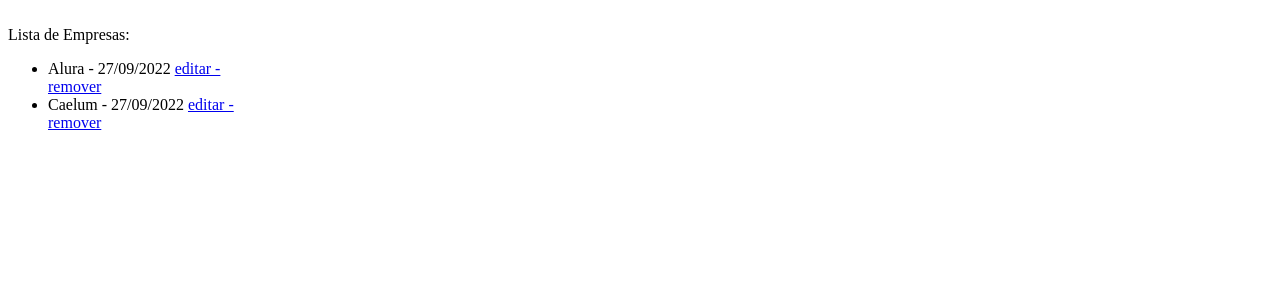
Repository: DiegoDBLe/JavaAlura
Page: http://localhost/gerenciador/listaEmpresas
These files come from the project's save history. The page is drawn as it stood at one moment and after the next save; the edit follows.
The browser window is 1280 px wide. The pictures show the whole page.
The page is served by Tomcat 10.

Above is the page before, as saved 2022-10-14 13:08:33.

After the next save:
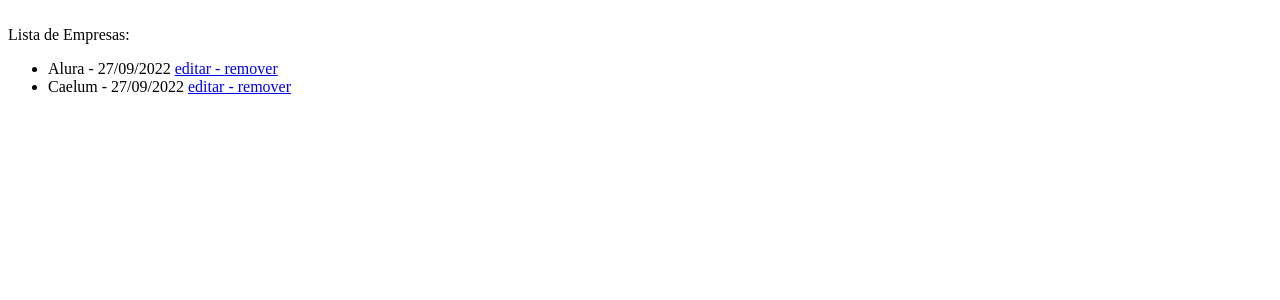
Saved 23 s later.
--- a/gerenciador/src/main/webapp/listaEmpresas.jsp
+++ b/gerenciador/src/main/webapp/listaEmpresas.jsp
@@ -26,7 +26,7 @@
 
 			<li>
 				${empresa.nome} - <fmt:formatDate value="${empresa.dataAbertura}" pattern="dd/MM/yyyy" />
-				<a href="/gerenciador/removeEmpresa?id=${empresa.id}"> editar - </a> <br>
+				<a href="/gerenciador/removeEmpresa?id=${empresa.id}"> editar - </a>
 				<a href="/gerenciador/removeEmpresa?id=${empresa.id}"> remover </a>
 			</li>
 
